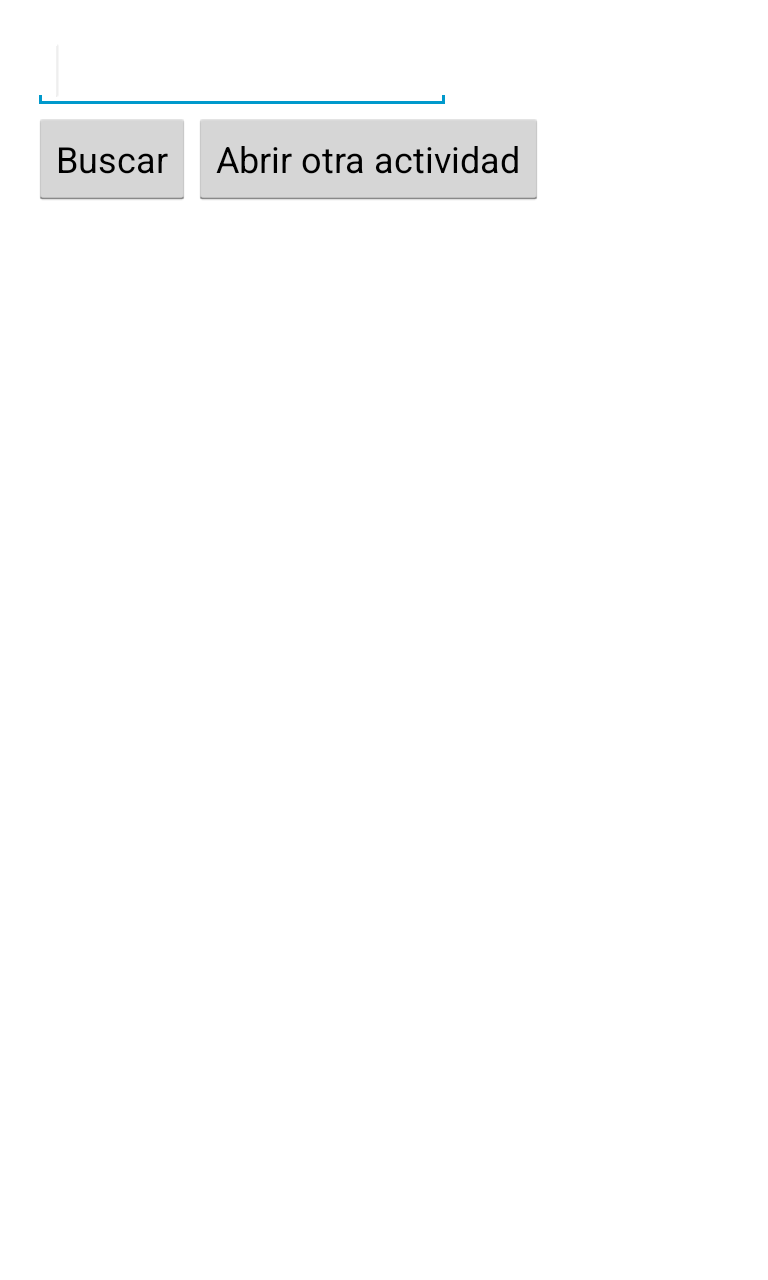
Repository: Kenwal/DemosS1
Layout: Demo3/res/layout/activity_main.xml
The author's editor kept a copy of each file at every save. The layout is drawn from the files as they stood at one save, then again after the next save.
It is drawn on a 768 x 1280 px phone screen (xhdpi) without system bars, with theme AppTheme; the app's code is not run.

Above is the layout before, as saved 2014-01-23 15:11:04.

After the next save:
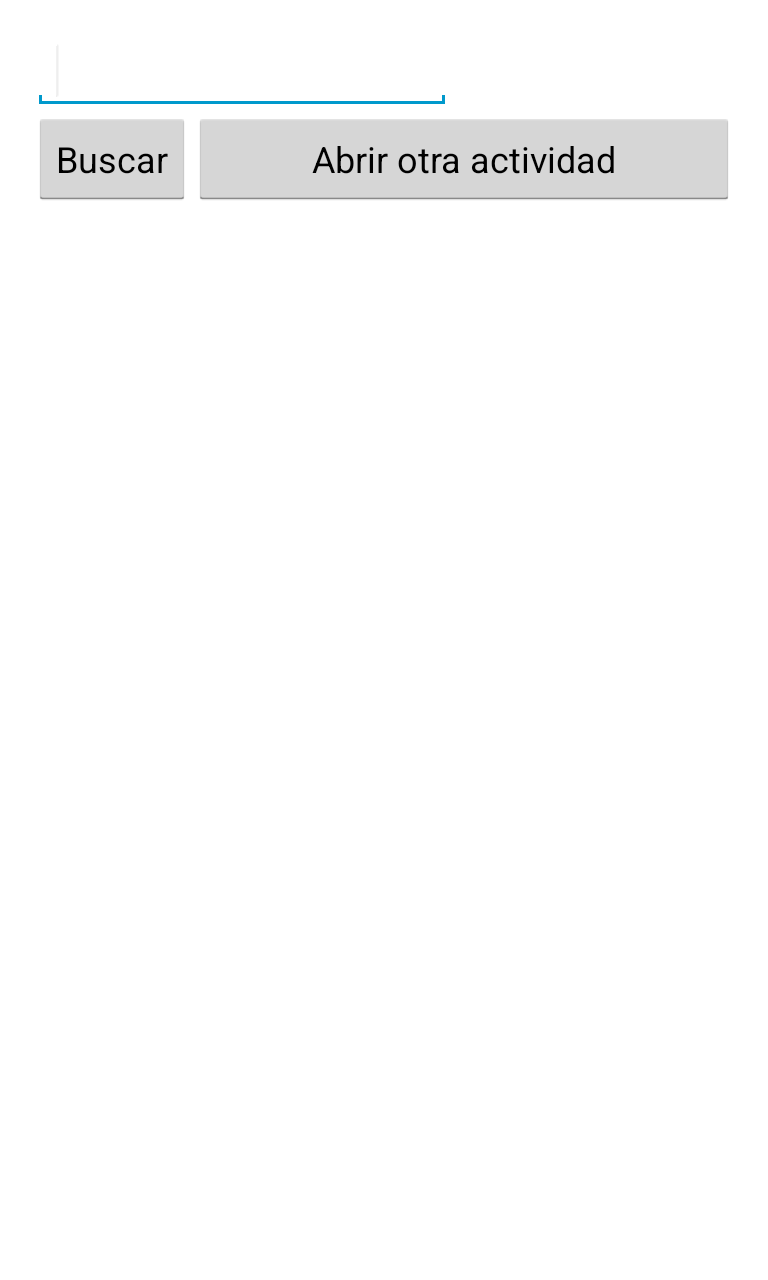
Saved 58 s later.
--- a/Demo3/res/layout/activity_main.xml
+++ b/Demo3/res/layout/activity_main.xml
@@ -31,7 +31,8 @@
 
 	    <Button
 	        android:id="@+id/btnOpenActivity"
-	        android:layout_width="wrap_content"
+	        android:layout_weight="1"
+	        android:layout_width="0dp"
 	        android:layout_height="wrap_content"
 	        android:text="@string/btn_open_activity" />
 
